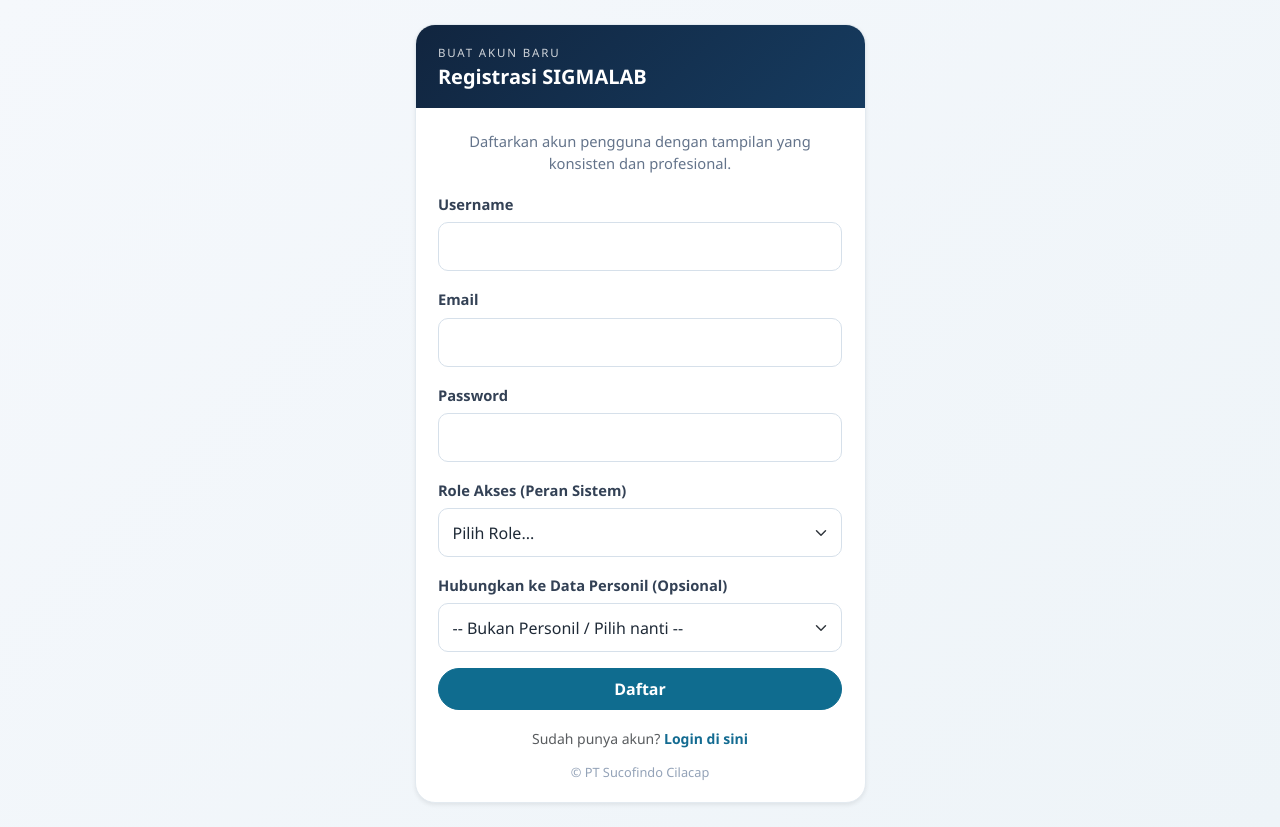
Repository: amelianeesa/sigmalab
Page: http://localhost/register
The author's editor kept a copy of each file at every save. The page is drawn from the files as they stood at one save, then again after the next save.
The browser window is 1280 px wide. The pictures show the whole page.
The page is served by the project's Laravel application, run on PHP 8.4 with Laravel 12. Queries for data that is not in the repository find no rows.

Above is the page before, as saved 2026-08-06 09:13:05.

After the next save:
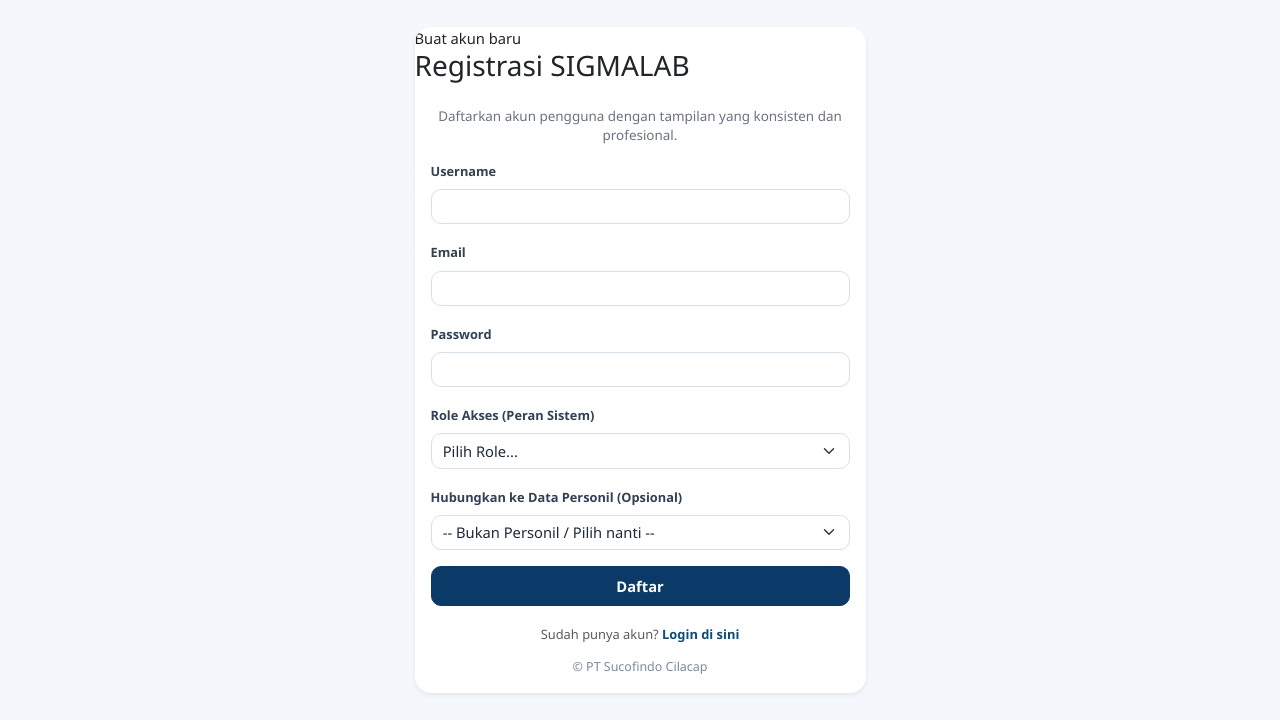
Saved 2 min 18 s later.
--- a/resources/views/auth/register.blade.php
+++ b/resources/views/auth/register.blade.php
@@ -5,105 +5,124 @@
     <title>Register - SIGMALAB Sucofindo</title>
     <link href="https://cdn.jsdelivr.net/npm/bootstrap@5.3.0/dist/css/bootstrap.min.css" rel="stylesheet">
     <style>
+        html,
         body {
-            min-height: 100vh;
+            height: 100%;
+            overflow: hidden;
+        }
+
+        body {
             margin: 0;
-            background: linear-gradient(135deg, #f5f8fc 0%, #eef4f8 100%);
+            background-color: #f4f7fb;
             color: #1f2a37;
             font-family: "Segoe UI", Arial, sans-serif;
+            font-size: 0.92rem;
         }
 
         .auth-card {
-            border: 1px solid #e3eaf0;
-            border-radius: 20px;
-            box-shadow: 0 12px 36px rgba(15, 35, 59, 0.08);
+            border: none;
+            border-radius: 16px;
+            box-shadow: 0 8px 18px rgba(15, 35, 59, 0.08);
             overflow: hidden;
+            background: #ffffff;
+            max-width: 780px;
+            margin: auto;
         }
 
-        .auth-brand {
-            background: linear-gradient(135deg, #11253f 0%, #163b5f 100%);
-            color: #fff;
-            padding: 1.2rem 1.4rem;
-            text-align: left;
+        .auth-form-panel {
+            padding: 1rem 0.95rem;
+            display: flex;
+            flex-direction: column;
+            justify-content: center;
+            background: #ffffff;
         }
 
-        .auth-brand .kicker {
-            font-size: 0.72rem;
-            letter-spacing: 0.16em;
-            text-transform: uppercase;
-            opacity: 0.8;
-            margin-bottom: 0.2rem;
-        }
-
-        .auth-brand h3 {
-            font-size: 1.25rem;
+        .auth-form-panel h3 {
+            font-size: 1.15rem;
+            margin-bottom: 0.25rem;
             font-weight: 700;
-            margin: 0;
-        }
-
-        .auth-body {
-            padding: 1.4rem 1.4rem 1.2rem;
         }
 
         .auth-subtitle {
-            color: #64748b;
-            font-size: 0.92rem;
-            margin-bottom: 1.1rem;
+            color: #6b7280;
+            font-size: 0.84rem;
+            margin-bottom: 0.9rem;
+            line-height: 1.4;
+        }
+
+        .auth-logo-box {
+            width: 70px;
+            height: 70px;
+            background: rgba(255,255,255,0.14);
+            border-radius: 18px;
+            border: 1px solid rgba(255,255,255,0.2);
+            overflow: hidden;
+            display: flex;
+            align-items: center;
+            justify-content: center;
+            margin: 0 auto 1rem;
+        }
+
+        .auth-logo-box img {
+            width: 56px;
+            height: 56px;
+            object-fit: contain;
         }
 
         .form-label {
             color: #334155;
-            font-size: 0.92rem;
+            font-size: 0.8rem;
             font-weight: 600;
-            margin-bottom: 0.45rem;
         }
 
         .form-control,
         .form-select {
-            border: 1px solid #d6e0ea;
+            border: 1px solid #d7e1ea;
             border-radius: 10px;
-            padding: 0.72rem 0.85rem;
+            padding: 0.35rem 0.7rem;
+            min-height: 30px;
+            font-size: 0.92rem;
             color: #1f2a37;
-            background-color: #fff;
+            background-color: #ffffff;
         }
 
         .form-control:focus,
         .form-select:focus {
-            border-color: #1c6a8e;
-            box-shadow: 0 0 0 0.2rem rgba(28, 106, 142, 0.14);
+            border-color: #1a6082;
+            box-shadow: 0 0 0 0.2rem rgba(26, 96, 130, 0.12);
         }
 
         .btn-auth {
-            background: #0f6c8f;
-            border: 1px solid #0f6c8f;
-            border-radius: 999px;
-            padding: 0.72rem 1rem;
-            font-weight: 600;
+            background: #0c3a68;
+            border: 1px solid #0c3a68;
+            border-radius: 10px;
+            padding: 0.55rem 0.95rem;
+            font-size: 0.92rem;
+            font-weight: 700;
             color: #ffffff;
             transition: all 0.2s ease;
         }
 
         .btn-auth:hover {
-            background: #0d5874;
-            border-color: #0d5874;
-            color: #ffffff;
+            background: #0a2a4b;
+            border-color: #0a2a4b;
         }
 
         .auth-link {
-            color: #136b91;
+            color: #0d4c76;
             font-weight: 600;
             text-decoration: none;
         }
 
         .auth-link:hover {
-            color: #0f5674;
+            color: #0b3d5d;
             text-decoration: underline;
         }
 
         .auth-footer {
-            margin-top: 0.8rem;
-            color: #94a3b8;
-            font-size: 0.8rem;
+            margin-top: 0.85rem;
+            color: #7b8a9d;
+            font-size: 0.78rem;
             text-align: center;
         }
     </style>
